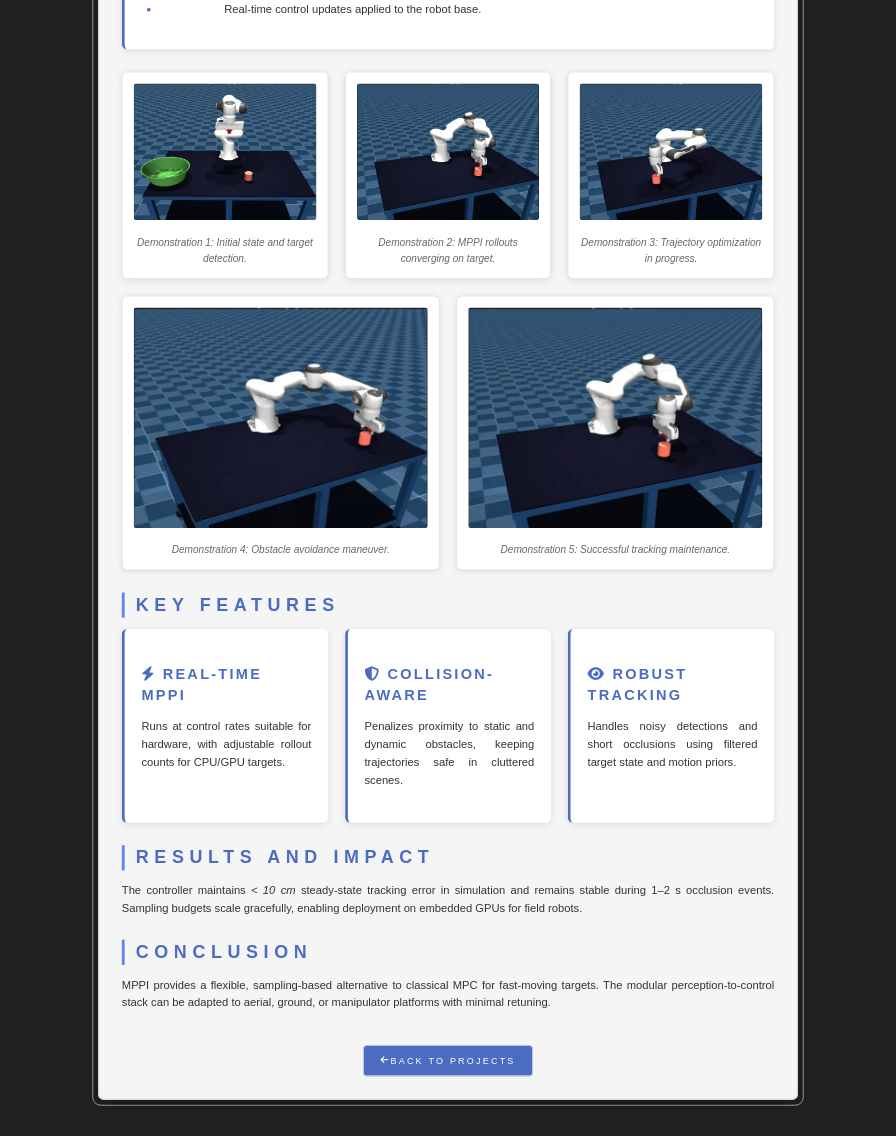
Repository: bk-poudel/bk-poudel.github.io
Page: projects/mppi_dynamic_object_tracking.html
These files come from the project's save history. The page is drawn as it stood at one moment and after the next save; the edit follows.
The browser window is 1280 px wide. The pictures show the part of the page from y = 789 to 2709 px (the page is 2412 px tall before and 2709 px after), at 70% of full size.

Above is the page before, as saved 2026-01-04 12:14:55.

After the next save:
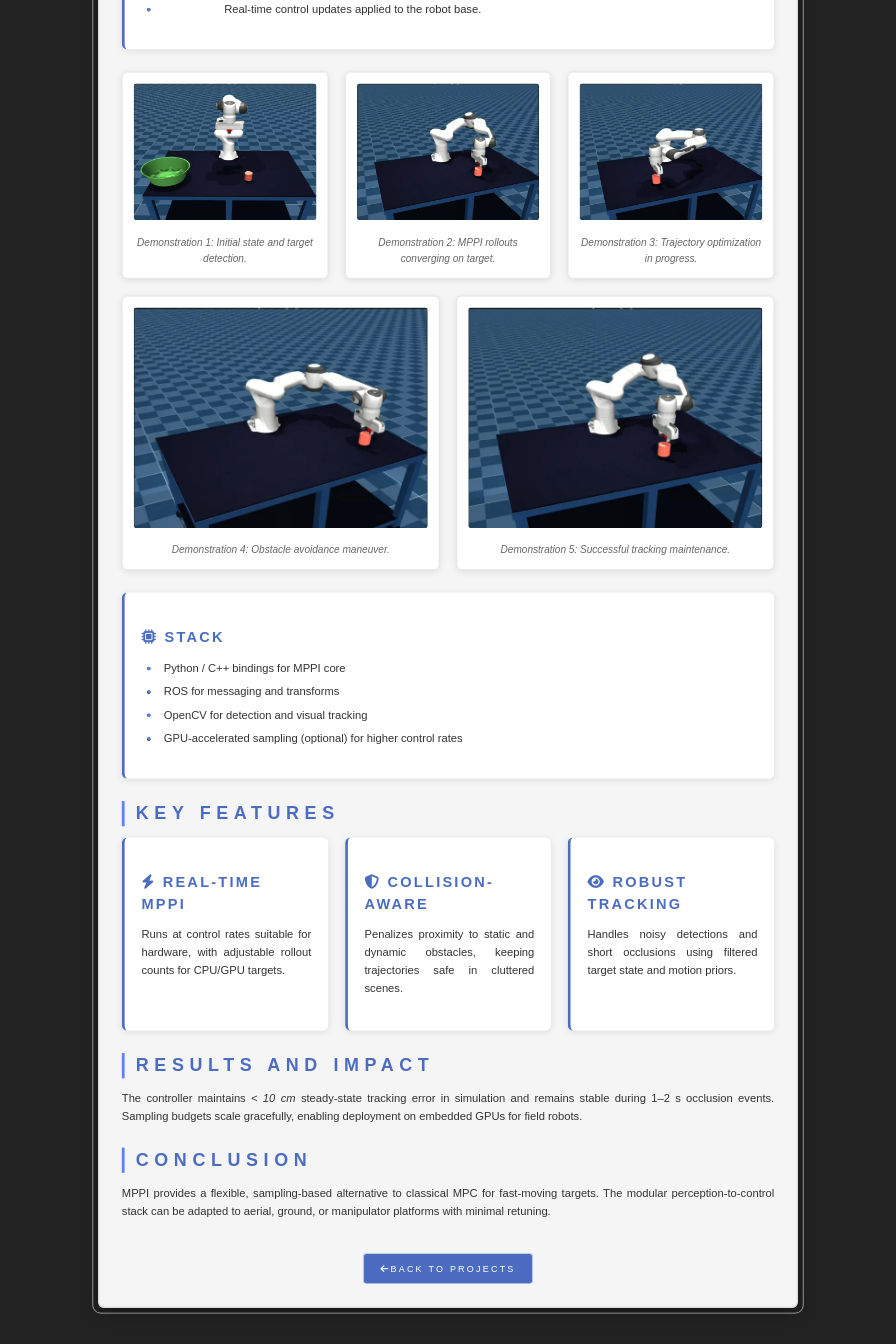
Saved 7 s later.
--- a/projects/mppi_dynamic_object_tracking.html
+++ b/projects/mppi_dynamic_object_tracking.html
@@ -215,6 +215,15 @@
             <div class="figure-caption">Demonstration 5: Successful tracking maintenance.</div>
             </div>
         </div>
+        <div class="feature-item">
+                <h3><i class="fas fa-microchip"></i> Stack</h3>
+                <ul>
+                    <li>Python / C++ bindings for MPPI core</li>
+                    <li>ROS for messaging and transforms</li>
+                    <li>OpenCV for detection and visual tracking</li>
+                    <li>GPU-accelerated sampling (optional) for higher control rates</li>
+                </ul>
+            </div>
         <div class="products-created">
             <h2>Key Features</h2>
             <div class="feature-list">
